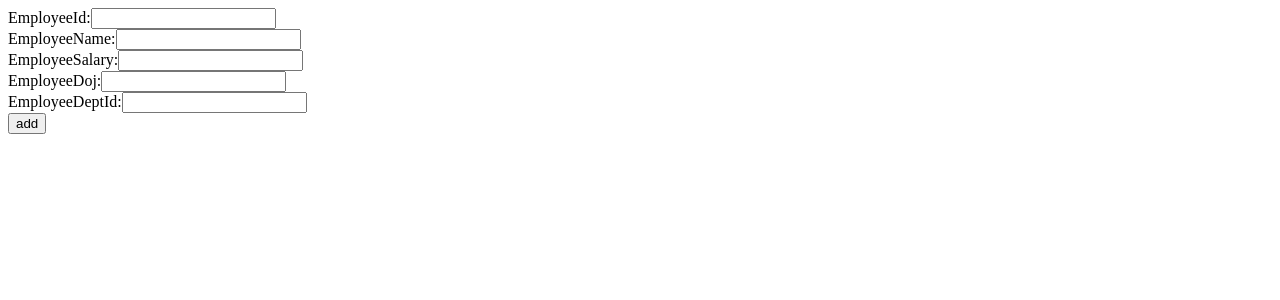
Repository: jayakumar721/projects
Page: http://localhost/WebInTags/Employee.jsp
These files come from the project's save history. The page is drawn as it stood at one moment and after the next save; the edit follows.
The browser window is 1280 px wide. The pictures show the whole page.
The page is served by Tomcat 9.

Above is the page before, as saved 2017-11-22 06:47:20.

After the next save:
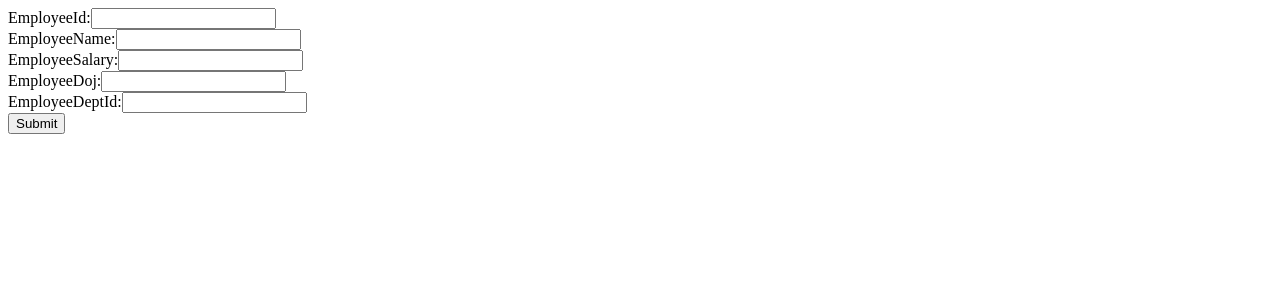
Saved 14 s later.
--- a/WebInTags/WebContent/Employee.jsp
+++ b/WebInTags/WebContent/Employee.jsp
@@ -13,7 +13,7 @@
 EmployeeSalary:<input type = "text" name = "salary"><br>
 EmployeeDoj:<input type = "text" name = "doj"><br>
 EmployeeDeptId:<input type = "text" name = "deptId"><br>
-<input type ="submit" value="add" name="operation">
+<input type ="submit">
 </form>
 </body>
 </html>
